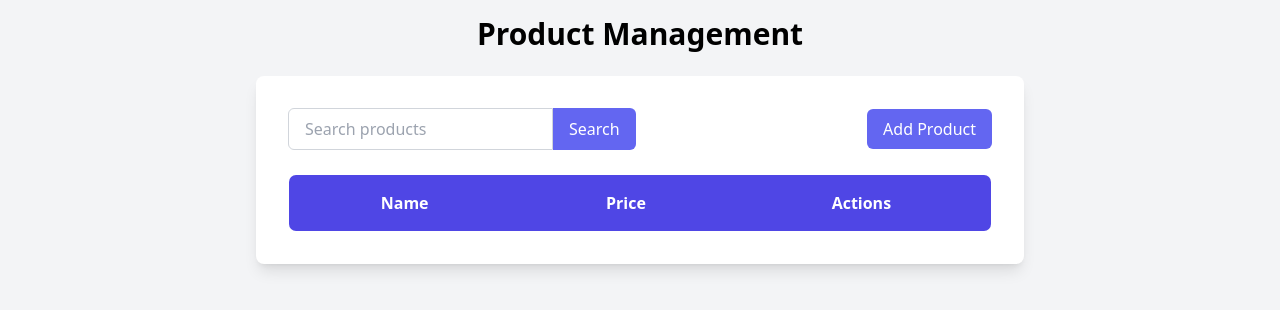
Repository: shaafsalman/product-Management-MERN
Page: /home (app in frontend/)
An editor plug-in stored every save of this project. The page is shown before and after the next save, followed by the edit.
The browser window is 1280 px wide. The pictures show the whole page.
The page's requests for data from a server got no answer. The project was rebuilt for these pictures with package versions that can differ from the ones it lists, and the page was loaded fresh each time. No one was signed in, and anything a server would have sent is missing. Also part of the build but not shown: frontend/vite.config.js, frontend/src/Cards/messageCard.jsx, frontend/src/Pages/Login.jsx, frontend/src/Pages/SighnUp.jsx, frontend/src/Pages/NoPage.jsx, frontend/src/Pages/AddProduct.jsx.

Above is the page before, as saved 2024-05-15 07:42:45.

### frontend/src/App.jsx
import React from 'react';
import { BrowserRouter as Router, Routes, Route, Navigate } from 'react-router-dom';
import Login from "./Pages/Login"
import Signup from "./Pages/SighnUp"
import NoPage from './Pages/NoPage';
import Home from './Pages/Home';

const App = () => {
  return (
    <div className="App">
      <Router>
        <div>
          <Routes>
            <Route path="/" element={<Login/>} />
            <Route path="/login" element={<Login />} />
            <Route path="/login" element={<Login />} />
            <Route path="/signup" element={<Signup />} />
            <Route path="/register" element={<Signup />} />
            <Route path="/home" element={<Home />} />
            <Route path="/*" element={<NoPage />} />
          </Routes>
        </div>
      </Router>
    </div>
  );
};


export default App;

### frontend/src/index.css
@tailwind base;
@tailwind components;
@tailwind utilities;


*
{
  margin: 0;
  padding: 0;
  box-sizing: border-box;
}

body,html
{
  background-color:silver
}

### frontend/src/Pages/Home.jsx
import React, { useState, useEffect } from 'react';
import AddProduct from './AddProduct';
import axios from 'axios';
import MessageCard from './../Cards/messageCard'

const Home = () => {
  const [products, setProducts] = useState([]);
  const [searchTerm, setSearchTerm] = useState('');
  const [searchResults, setSearchResults] = useState([]);
  const [showAddProduct, setShowAddProduct] = useState(false);
  const [message, setMessage] = useState(null); // State for message

  useEffect(() => {
    fetchProducts();
  }, []);

  useEffect(() => {
    const timer = setTimeout(() => {
      setMessage(null);
    }, 4000);
    return () => clearTimeout(timer);
  }, [message]);

  const fetchProducts = async () => {
    try {
      const response = await axios.get('http://localhost:8080/api/products/');
      setProducts(response.data || []);
      setSearchResults(response.data || []);
      console.log('data from response: ', response.data);
      console.log('Search Results:', searchResults);
    } catch (error) {
      console.error('Error fetching products:', error);
    }
};

  const handleSearch = () => {
    const results = products.filter(product =>
      product.name.toLowerCase().includes(searchTerm.toLowerCase())
    );
    setSearchResults(results);
  };

  const showAdd = () => {
    setShowAddProduct(true);
  };

  const toggleAddProduct = () => {
    setShowAddProduct(!showAddProduct);
  };

  const handleUpdateProduct = async (productId, updatedProduct) => {
    try {
      const response = await axios.put(`http://localhost:8080/api/products/${productId}`, updatedProduct);
      const updatedProducts = products.map(product =>
        product._id === productId ? response.data : product
      );
      setProducts(updatedProducts);
      setSearchResults(updatedProducts);
      setMessage({ Heading: 'Success', Message: 'Product updated successfully!' }); // Set success message
    } catch (error) {
      console.error('Error updating product:', error);
      setMessage({ Heading: 'Error', Message: 'Failed to update product' }); // Set error message
    }
  };

  const handleDeleteProduct = async (productId) => {
    try {
      await axios.delete(`http://localhost:8080/api/products/${productId}`);
      const updatedProducts = products.filter(product => product._id !== productId);
      setProducts(updatedProducts);
      setSearchResults(updatedProducts);
      setMessage({ Heading: 'Success', Message: 'Product deleted successfully!' }); // Set success message
    } catch (error) {
      console.error('Error deleting product:', error);
      setMessage({ Heading: 'Error', Message: 'Failed to delete product' }); // Set error message
    }
  };

  return (
    <div className="flex flex-col items-center min-h-screen bg-gray-100 p-4">
      <h1 className="text-3xl font-semibold mb-6">Product Management</h1>
      {message && (
        <MessageCard Heading={message.Heading} Message={message.Message} onClose={() => setMessage(null)} />
      )}
      <div className="w-full max-w-screen-md bg-white shadow-lg rounded-lg p-8">
        <div className="flex items-center justify-between mb-6">
          <div className="flex">
            <input
              type="text"
              placeholder="Search products"
              value={searchTerm}
              onChange={(e) => setSearchTerm(e.target.value)}
              className="px-4 py-2 border border-gray-300 rounded-l-md focus:outline-none focus:border-indigo-500"
            />
            <button
              onClick={handleSearch}
              className="px-4 py-2 bg-indigo-500 text-white rounded-r-md hover:bg-indigo-600 focus:outline-none focus:bg-indigo-600"
            >
              Search
            </button>
          </div>
          <button
            onClick={showAdd}
            className="px-4 py-2 bg-indigo-500 text-white rounded-md hover:bg-indigo-600 focus:outline-none focus:bg-indigo-600"
          >
            Add Product
          </button>
        </div>
        <table className="w-full border-collapse border border-gray-300 rounded-lg overflow-hidden">
  <thead>
    <tr className="bg-gradient-to-r from-indigo-600 to-indigo-600 text-white">
      <th className="px-6 py-4 text-center">Name</th>
      <th className="px-6 py-4 text-center">Price</th>
      <th className="px-6 py-4 text-center">Actions</th>
    </tr>
  </thead>
  <tbody>
    {searchResults.map((product, index) => (
      <tr key={index} className={"bg-transparent "}>
        <td className="px-6 py-4 text-center text-gray-800">{product.name}</td>
        <td className="px-6 py-4 text-center text-gray-800">{product.price}</td>
        <td className="px-6 py-4 space-x-2 flex justify-center">
          <button
            onClick={() => handleUpdateProduct(product._id, { name: 'Updated Name', price: 0 })}
            className="px-4 py-2 bg-indigo-600 text-white rounded-md hover:bg-indigo-700 focus:outline-none focus:bg-indigo-700 transition duration-300"
          >
            Update
          </button>
          <button
            onClick={() => handleDeleteProduct(product._id)}
            className="px-4 py-2 bg-purple-600 text-white rounded-md hover:bg-purple-700 focus:outline-none focus:bg-purple-700 transition duration-300"
          >
            Delete
          </button>
        </td>
      </tr>
    ))}
  </tbody>
</table>









      </div>
      {showAddProduct && (
        <div className="fixed top-0 left-0 w-full h-full bg-gray-900 bg-opacity-75 flex justify-center items-center">
          <AddProduct onClose={toggleAddProduct} setMessage={setMessage} /> // Pass setMessage to AddProduct
        </div>
      )}
    </div>
  );
};

export default Home;

Loaded but not shown: frontend/index.html (common file); frontend/src/main.jsx (common file); frontend/tailwind.config.js (common file)

After the next save:
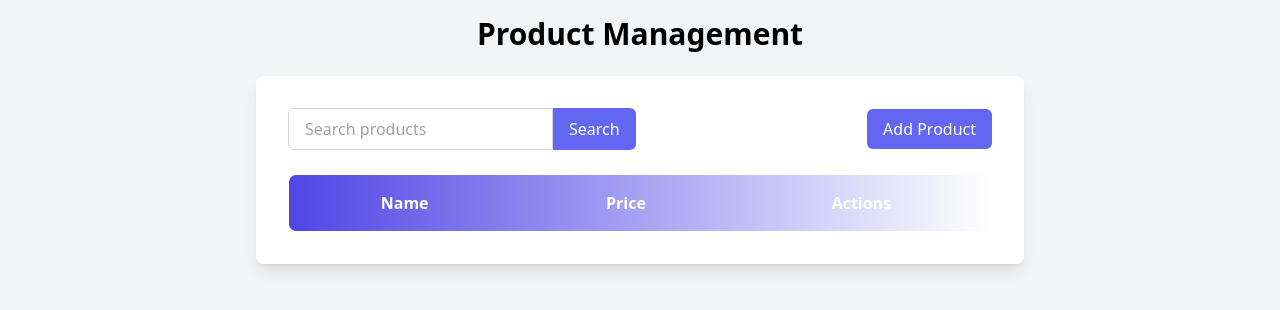
Saved 7 s later.
--- a/frontend/src/Pages/Home.jsx
+++ b/frontend/src/Pages/Home.jsx
@@ -108,7 +108,7 @@ const Home = () => {
         </div>
         <table className="w-full border-collapse border border-gray-300 rounded-lg overflow-hidden">
   <thead>
-    <tr className="bg-gradient-to-r from-indigo-600 to-indigo-600 text-white">
+    <tr className="bg-gradient-to-r from-indigo-600 to-indigo-red850 text-white">
       <th className="px-6 py-4 text-center">Name</th>
       <th className="px-6 py-4 text-center">Price</th>
       <th className="px-6 py-4 text-center">Actions</th>
